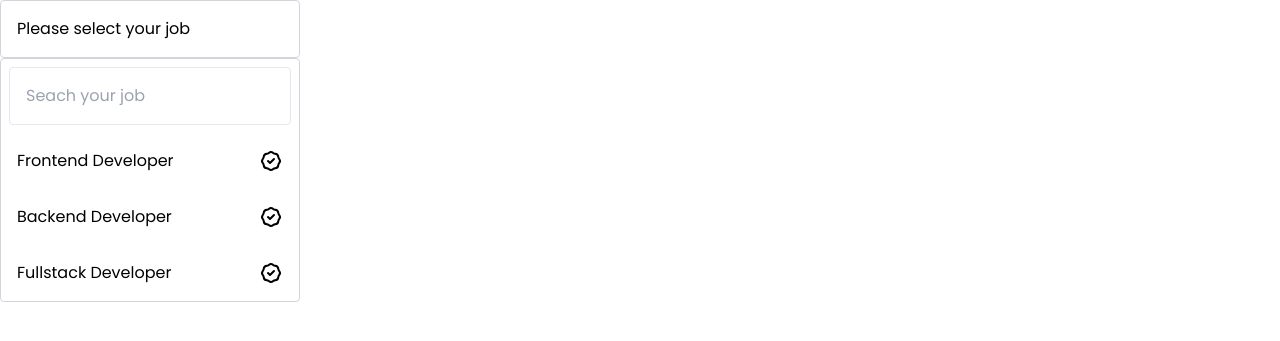
Repository: ThanhPhongsof/React-Course
Page: /, after clicking the first element matching `div.flex`
The author's editor kept a copy of each file at every save. The page is drawn from the files as they stood at one save, then again after the next save.
The browser window is 1280 px wide. The pictures show the whole page.
The project was rebuilt for these pictures with package versions that can differ from the ones it lists, and the page was loaded fresh each time.

Above is the page before, as saved 2022-04-26 09:30:10.

### src/index.js
import React from "react";
import ReactDOM from "react-dom";
import App from "./App";
import reportWebVitals from "./reportWebVitals";
import "./index.scss";
import { BrowserRouter } from "react-router-dom";

// ReactDOM.render(
//   // <React.StrictMode>
//     <BrowserRouter>
//       <App />
//     </BrowserRouter>
//   // </React.StrictMode>,
//   document.getElementById("root")
// );

ReactDOM.render(
  <BrowserRouter>
    <App />
  </BrowserRouter>,
  document.getElementById("root")
);

// If you want to start measuring performance in your app, pass a function
// to log results (for example: reportWebVitals(console.log))
// or send to an analytics endpoint. Learn more: https://bit.ly/CRA-vitals
reportWebVitals();

### src/App.js
import React from "react";
import Dropdown from "./components/advanced-react/inversion-of-control/Dropdown";

const options = [
  {
    title: "Frontend Developer",
    onClick: () => {},
  },
  {
    title: "Backend Developer",
    onClick: () => {},
  },
  {
    title: "Fullstack Developer",
    onClick: () => {},
  },
];

const onChangeInput = () => {};

const App = () => {
  return (
    <div>
      <Dropdown
        options={options}
        placeholder="Please select your job"
        inputPlaceholder="Seach your job"
        onChangeInput={onChangeInput}
      ></Dropdown>
    </div>
  );
};

export default App;

### src/index.scss
@tailwind base;
@tailwind components;
@tailwind utilities;

@layer base {
  @import url("https://fonts.googleapis.com/css2?family=Poppins:wght@300;400;500;700&display=swap");
  body {
    font-family: "Poppins", sans-serif;
  }
}
.skeleton {
  background-color: #eee;
  background-image: linear-gradient(
    110deg,
    #ececec 8%,
    #f5f5f5 18%,
    #ececec 33%
  );
  background-size: 200% 100%;
  animation: 1.5s shine linear infinite;
}
@keyframes shine {
  to {
    background-position-x: -200%;
  }
}
.zoom-enter .content {
  opacity: 0;
  transform: scale(0.5);
}
.zoom-enter-active .content {
  opacity: 1;
  transform: scale(1);
}
.zoom-exit .content {
  opacity: 1;
}
.zoom-exit-active .content {
  opacity: 0;
  transform: scale(0.5);
}

// Fade

.fade-enter .tooltip {
  opacity: 0;
}
.fade-enter-active .tooltip {
  opacity: 1;
}
.fade-exit .tooltip {
  opacity: 1;
}
.fade-exit-active .tooltip {
  opacity: 0;
}

### src/components/advanced-react/inversion-of-control/Dropdown.js
import React, { useState } from "react";

const Dropdown = ({
  options,
  placeholder = "Please select an option",
  inputPlaceholder,
  visibleIconCheck = false,
  onChangeInput = () => {},
}) => {
  const [show, setShow] = useState(false);
  const handleToggleDropdown = () => {
    setShow((show) => !show);
  };

  return (
    <div className="relative inline-block w-full max-w-[300px]">
      <div
        className="flex items-center justify-between p-4 border border-gray-300 rounded cursor-pointer placeholder"
        onClick={handleToggleDropdown}
      >
        {placeholder}
      </div>
      {show && (
        <div className="border border-gray-300 rounded options">
          <div className="p-2">
            <input
              type="text"
              placeholder={inputPlaceholder}
              className="w-full p-4 border border-gray-200 rounded outline-none"
              onChange={onChangeInput}
            />
          </div>
          {options &&
            options?.map((item) => (
              <div
                key={item.title}
                className="flex items-center justify-between p-4 cursor-pointer option-item"
                onClick={item.onClick}
              >
                <span>{item.title}</span>
                <svg
                  xmlns="http://www.w3.org/2000/svg"
                  className="w-6 h-6"
                  fill="none"
                  viewBox="0 0 24 24"
                  stroke="currentColor"
                  strokeWidth={2}
                >
                  <path
                    strokeLinecap="round"
                    strokeLinejoin="round"
                    d="M9 12l2 2 4-4M7.835 4.697a3.42 3.42 0 001.946-.806 3.42 3.42 0 014.438 0 3.42 3.42 0 001.946.806 3.42 3.42 0 013.138 3.138 3.42 3.42 0 00.806 1.946 3.42 3.42 0 010 4.438 3.42 3.42 0 00-.806 1.946 3.42 3.42 0 01-3.138 3.138 3.42 3.42 0 00-1.946.806 3.42 3.42 0 01-4.438 0 3.42 3.42 0 00-1.946-.806 3.42 3.42 0 01-3.138-3.138 3.42 3.42 0 00-.806-1.946 3.42 3.42 0 010-4.438 3.42 3.42 0 00.806-1.946 3.42 3.42 0 013.138-3.138z"
                  />
                </svg>
              </div>
            ))}
        </div>
      )}
    </div>
  );
};

export default Dropdown;

### tailwind.config.js
module.exports = {
  content: ["./src/**/*.{js,jsx,ts,tsx}"],
  theme: {
    extend: {
      backgroundImage: {
        "primary-gradient": `linear-gradient(
          86.88deg,
          #7d6aff 1.38%,
          #ffb86c 64.35%,
          #fc2872 119.91%
        )`,
        "secondary-gradient": `linear-gradient(86.88deg, #20e3b2, #2cccff)`,
      },
    },
  },
  plugins: [],
};

Loaded but not shown: public/index.html (common file); src/reportWebVitals.js (common file)

After the next save:
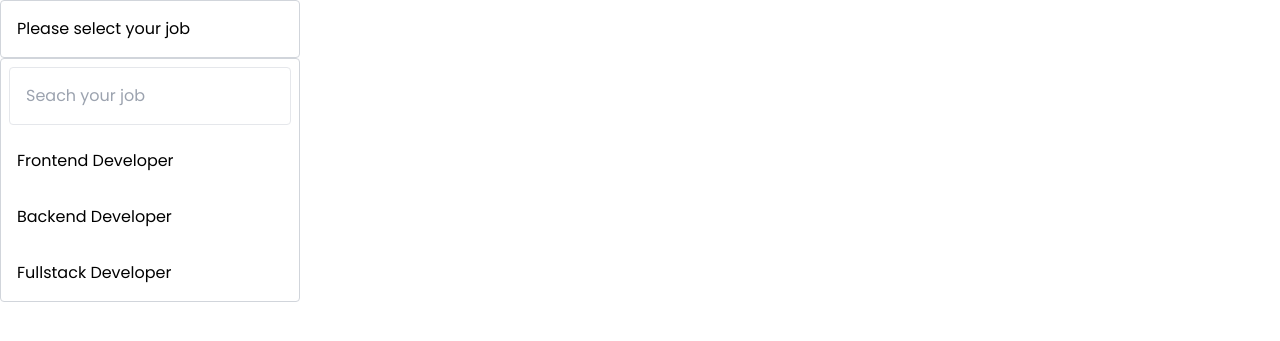
Saved 29 s later.
--- a/src/components/advanced-react/inversion-of-control/Dropdown.js
+++ b/src/components/advanced-react/inversion-of-control/Dropdown.js
@@ -38,20 +38,22 @@ const Dropdown = ({
                 onClick={item.onClick}
               >
                 <span>{item.title}</span>
-                <svg
-                  xmlns="http://www.w3.org/2000/svg"
-                  className="w-6 h-6"
-                  fill="none"
-                  viewBox="0 0 24 24"
-                  stroke="currentColor"
-                  strokeWidth={2}
-                >
-                  <path
-                    strokeLinecap="round"
-                    strokeLinejoin="round"
-                    d="M9 12l2 2 4-4M7.835 4.697a3.42 3.42 0 001.946-.806 3.42 3.42 0 014.438 0 3.42 3.42 0 001.946.806 3.42 3.42 0 013.138 3.138 3.42 3.42 0 00.806 1.946 3.42 3.42 0 010 4.438 3.42 3.42 0 00-.806 1.946 3.42 3.42 0 01-3.138 3.138 3.42 3.42 0 00-1.946.806 3.42 3.42 0 01-4.438 0 3.42 3.42 0 00-1.946-.806 3.42 3.42 0 01-3.138-3.138 3.42 3.42 0 00-.806-1.946 3.42 3.42 0 010-4.438 3.42 3.42 0 00.806-1.946 3.42 3.42 0 013.138-3.138z"
-                  />
-                </svg>
+                {visibleIconCheck && (
+                  <svg
+                    xmlns="http://www.w3.org/2000/svg"
+                    className="w-6 h-6"
+                    fill="none"
+                    viewBox="0 0 24 24"
+                    stroke="currentColor"
+                    strokeWidth={2}
+                  >
+                    <path
+                      strokeLinecap="round"
+                      strokeLinejoin="round"
+                      d="M9 12l2 2 4-4M7.835 4.697a3.42 3.42 0 001.946-.806 3.42 3.42 0 014.438 0 3.42 3.42 0 001.946.806 3.42 3.42 0 013.138 3.138 3.42 3.42 0 00.806 1.946 3.42 3.42 0 010 4.438 3.42 3.42 0 00-.806 1.946 3.42 3.42 0 01-3.138 3.138 3.42 3.42 0 00-1.946.806 3.42 3.42 0 01-4.438 0 3.42 3.42 0 00-1.946-.806 3.42 3.42 0 01-3.138-3.138 3.42 3.42 0 00-.806-1.946 3.42 3.42 0 010-4.438 3.42 3.42 0 00.806-1.946 3.42 3.42 0 013.138-3.138z"
+                    />
+                  </svg>
+                )}
               </div>
             ))}
         </div>
